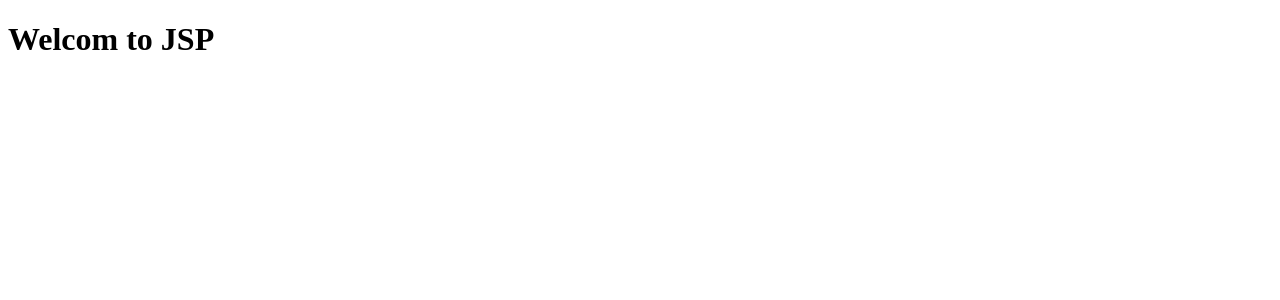
Repository: vadhub/JSP-Service
Page: http://localhost/JSPage/
These files come from the project's save history. The page is drawn as it stood at one moment and after the next save; the edit follows.
The browser window is 1280 px wide. The pictures show the whole page.
The page is served by Tomcat 9.

Above is the page before, as saved 2019-07-19 08:49:10.

After the next save:
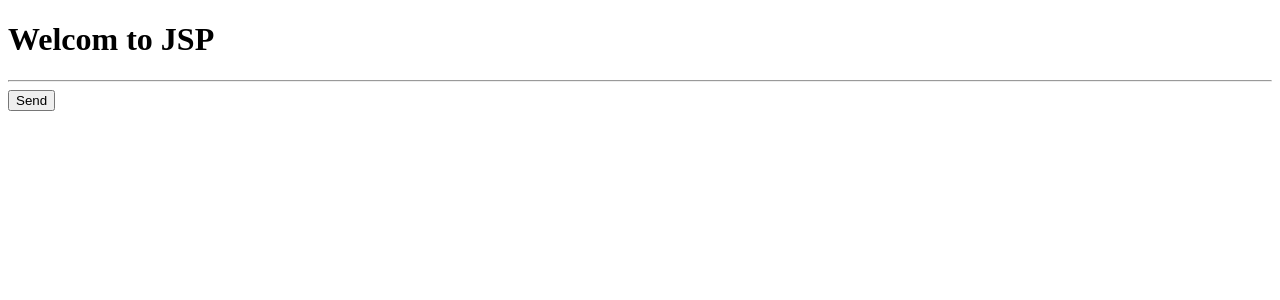
Saved 2 min 10 s later.
--- a/JSPage/WebContent/index.jsp
+++ b/JSPage/WebContent/index.jsp
@@ -8,5 +8,9 @@
 </head>
 <body>
 <h1>Welcom to JSP</h1>
+<hr/>
+<form action="Servleter">
+	<input type ="submit" value="Send">
+</form>
 </body>
 </html>
